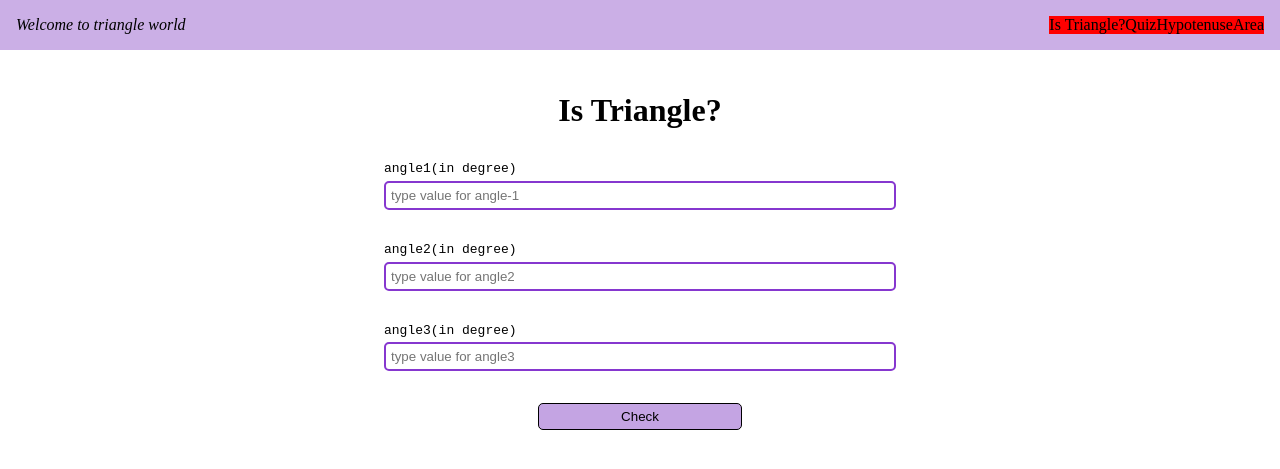
Repository: patelamancode/Fun-with-trianles
Page: index.html
These files come from the project's save history. The page is drawn as it stood at one moment and after the next save; the edit follows.
The browser window is 1280 px wide. The pictures show the whole page.

Above is the page before, as saved 2022-11-28 15:52:41.

### index.html
<!DOCTYPE html>
<html lang="en">
<head>
    <meta charset="UTF-8">
    <meta http-equiv="X-UA-Compatible" content="IE=edge">
    <meta name="viewport" content="width=device-width, initial-scale=1.0">
    <link rel="stylesheet" href="index.css">
    <title>Fun-With-Triangles</title>
</head>
<body>
    <nav id="navbar">
        <p id="nav-title">Welcome to triangle world</p>
        <div id="nav-links">
            <p id="Is-triangle">Is Triangle?</p>
            <p id="quiz">Quiz</p>
            <p id="hypo">Hypotenuse</p>
            <p id="area">Area</p>
        </div>
    </nav>
    <div id="main-container">
        <h1>Is Triangle?</h1>
        <label for="angle1">angle1(in degree)</label>
        <input type="text" id="angle1-input" placeholder="type value for angle-1">
        <label for="angle2">angle2(in degree)</label>
        <input type="text" id="angle2-input" placeholder="type value for angle2">
        <label for="angle3">angle3(in degree)</label>
        <input type="text" id="angle3-input" placeholder="type value for angle3">
        <button id="check-btn">Check</button>
    </div>
</body>
</html>

### index.css
* {
  margin: 0;
  padding: 0;
}

#navbar {
  background-color: rgba(143, 82, 201, 0.459);
  display: flex;
  flex-direction: row;
  justify-content: space-between;
  padding: 1rem;
}
#nav-title{
    font-style: italic;
    font-weight: 300;
    font-size: medium;
}
#nav-links{
    background-color: red;
    display: flex;
    flex-direction: row;
}

#main-container {
  display: flex;
  flex-direction: column;
  width: 40vw;
  margin: auto;
  margin-top: 2rem;
  padding: 10px;
  text-align: center;
}

.app-title {
  margin: 2rem 0 0 0;
}
label {
  margin-top: 2rem;
  margin-bottom: 0.3rem;
  text-align: left;
  font-family: monospace;
}
input {
  border: 2px solid rgb(134, 55, 207);
  border-radius: 5px;
  padding: 5px;
}
#check-btn {
  margin: auto;
  text-align: center;
  margin-top: 2rem;
  width: 40%;
  padding: 5px 0px;
  background-color: rgba(143, 82, 201, 0.521);
  border: 1px solid;
  border-radius: 5px;
}

After the next save:
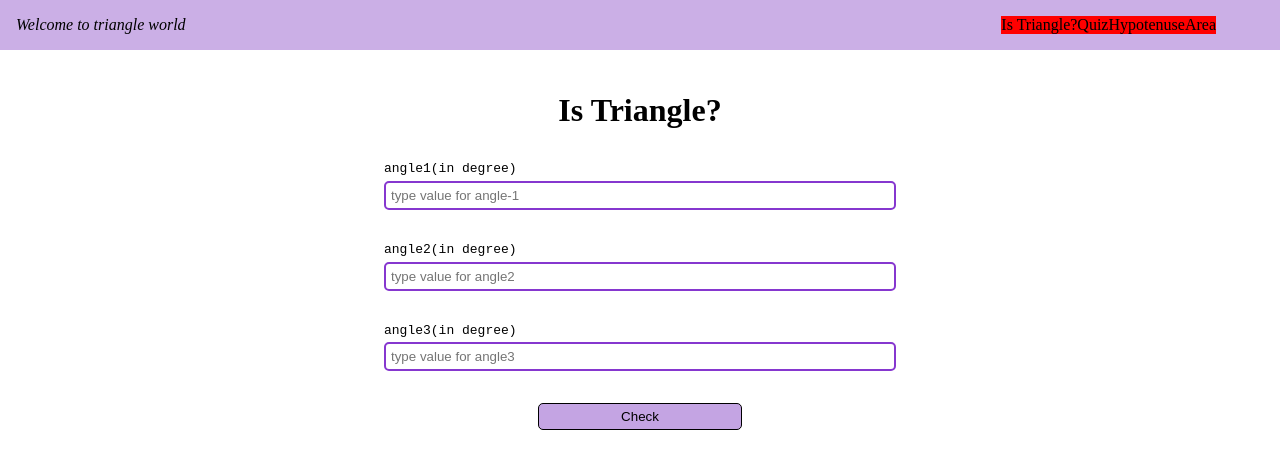
Saved 63 s later.
--- a/index.css
+++ b/index.css
@@ -19,6 +19,7 @@
     background-color: red;
     display: flex;
     flex-direction: row;
+    margin-right: 3rem;
 }
 
 #main-container {
